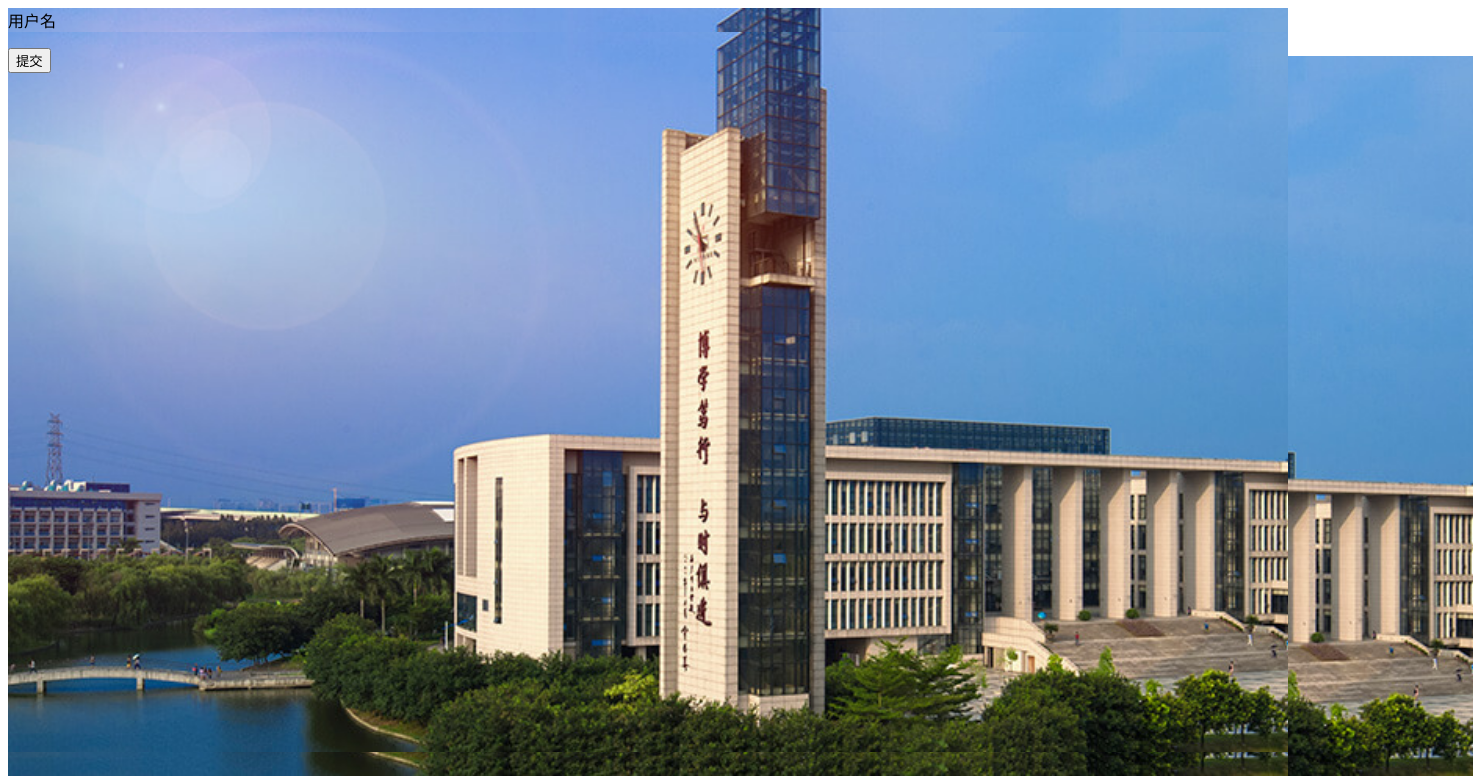
Repository: IAmJiangWenHao/ReportServer
Page: demo.html
An editor plug-in stored every save of this project. The page is shown before and after the next save, followed by the edit.
The browser window is 1280 px wide. The page is 1473 px wide, then 1288 px, so the pictures cover 1473 px, including what lies to the right of the window. The pictures show the whole page.

Above is the page before, as saved 2023-05-16 12:32:14.

### demo.html

<!DOCTYPE html>
<html>
  <head>
    <meta http-equiv="Content-Type" content="text/html; charset=UTF-8">
    <title>忘记密码</title>
  </head>
  <body>
    <style>
          div {
      height: 100%;
      width: 100%;
      position: absolute;
      background-image: url('./web/img/gzdx-bg.jpg');
      background-size: cover;
      background-position: center;

    }

    form {
      height: 100%;
    }

    table {
      height: 100%;
      display: flex;
      justify-content: center;
      align-items: center;
    }

    table tbody tr {
      border: 1px solid black;
      margin-bottom: 2px;
      display: flex;
      border-radius: 20px;
      width: auto;
      height: auto;
      padding: 10px;
      font-size: 26px;
      background-color: #fff;
      position: relative;
      justify-content: space-between
    }
    table tbody tr td a{
      color: #000;
      text-decoration:none;
    }
    table tbody tr td input{
      border: 0;
      background-color: #fff;
    }
    </style>

    <div>
      <form action="forgetPass.do" method="post" name="form1" onSubmit="return Check()">

        <div>用户名 <div id="old"><input type="text" name="username" ></div>
        <div>预留的邮箱 <div id="email"><input type="text" name="email" onblur=isEmail(this.value)> <input type="button" id="button" value="获取验证码"></div></div>
        <div>验证码<div id="emailcode"><input type="text" name="emailCheckcode"  placeholder="输入邮箱中收到的验证码"/></div></div>
        <div>新密码 <div id="new"><input type="password" id="idnewpass" name="newpass" ><div id="info_newpass" style="color: #ff0000;display:inline;"></div></div></div>
        <div>确认新密码 <div id="comfirm"><input type="password" id="idconfirmpass" name="confirmpass"></div></div>
        <div><input type="hidden" name="index" value="${index}"/></div>
        <div><p><input type="submit" id="submit" value="提交"></div>
      </form>
    </div>
    <script>
      //const newpass = document.getElementsByTagName("input")[1];
      const email = document.getElementsByTagName("input")[1];
      function isEmail(strEmail) {
        if (strEmail.search(/^\w+((-\w+)|(\.\w+))*\@[A-Za-z0-9]+((\.|-)[A-Za-z0-9]+)*\.[A-Za-z0-9]+$/) != -1)
          return true;
        else
          alert(email.value + "邮箱格式错误");
      }
      function getAppPath() {
        //获取当前URL
        var curURL = window.document.location.href;
        //获取主机地址之后的路径部分（就是文件地址）
        var pathName = window.document.location.pathname;
        var pos = curURL.indexOf(pathName);
        //获取应用地址
        var host = curURL.substring(0, pos);
        //获取带"/"的应用名，如：/***
        var webAppName = pathName.substring(0, pathName.substr(1).indexOf('/') + 1);
        return host + webAppName;
      }
      //获取button
      const btn = document.getElementById("button");
      //const result=document.getElementById("result");
      //绑定按钮的 click 事件
      btn.onclick = function () {
        if (!isEmail(email.value))
          return false;
        btn.disabled = true;//禁用按钮
        setBTN();
        //1.创建请求对象
        const xhr = new XMLHttpRequest();
        //2.设置请求方法和URL
        xhr.open("post", getAppPath() + "/EmailCheckcodeServlet?email=" + email.value, true);
        //3.发送
        xhr.send();
        //4. 绑定事件 处理服务端返回的结果
        //readystate 是xhr的一个属性，状态 0 1 2 3 4
        xhr.onreadystatechange = function () {
          // 如果服务器端返回了所有的结果
          if (xhr.readyState === 4) {
            //判断响应码 2XX 表示成功
            if (xhr.status >= 200 && xhr.status <= 300) {
              //处理结果
              console.log(xhr.status);//状态码
              console.log(xhr.statusText);//状态字符串
              console.log(xhr.getAllResponseHeaders());//响应头
              console.log(xhr.response);//响应体
              //设置 result 显示的文本内容
              //result.innerHTML=xhr.response;
            } else {
            }
          }
        };
      };
      //修改按钮，控制验证码重新获取
      var time0 = 20;
      var time = time0;
      var t;  // 验证按钮的20s计时
      //修改按钮，控制验证码重新获取
      function changeBTN() {
        if (time > 0) {
          btn.value = "(" + time + "s)" + "重新获取";
          time = time - 1;
        } else {
          btn.disabled = false;
          btn.value = "获取验证码";
          clearInterval(t);
          time = time0;
        }
      }
      function setBTN() {
        btn.value = "(" + time + "s)" + "重新获取";
        time = time - 1;
        t = setInterval("changeBTN()", 1000);  // 1s调用一次
      }

    </script>

    <script>
      const info_newpass = document.getElementById("info_newpass");
      const info_confirm = document.getElementById("info_confirm");
      const newpass = document.getElementById("idnewpass");
      const confirmpass = document.getElementById("idconfirmpass");
      newpass.onfocus = function () {
        info_newpass.innerHTML = "长度6-8位";
      }
      confirmpass.onchange = function () {
        if (confirmpass.value == newpass.value && newpass.value.length >= 4)
          info_confirm.innerHTML = "ok";
        else
        {
          info_confirm.innerHTML = "输入不匹配";
          confirmpass.focus();
        }
      }
      function Check()
      {
        for (var i = 0; i < document.form1.elements.length - 1; i++)
        {
          if (document.form1.elements[i].value == "")
          {
            alert("不允许空！");
            document.form1.elements[i].focus();
            return false;
          }
        }
        if (newpass.value.length < 6)
        {
          alert("密码长度不足！");
          document.getElementsByTagName("input")[1].focus();
          return false;
        }
       // alert(confirmpass.value)
        if (confirmpass.value != newpass.value)
        {
          alert("两次输入不匹配！");
          document.getElementsByTagName("input")[2].focus();
          return false;
        }
        return true;
      }
    </script>
  </body>
</html>

After the next save:
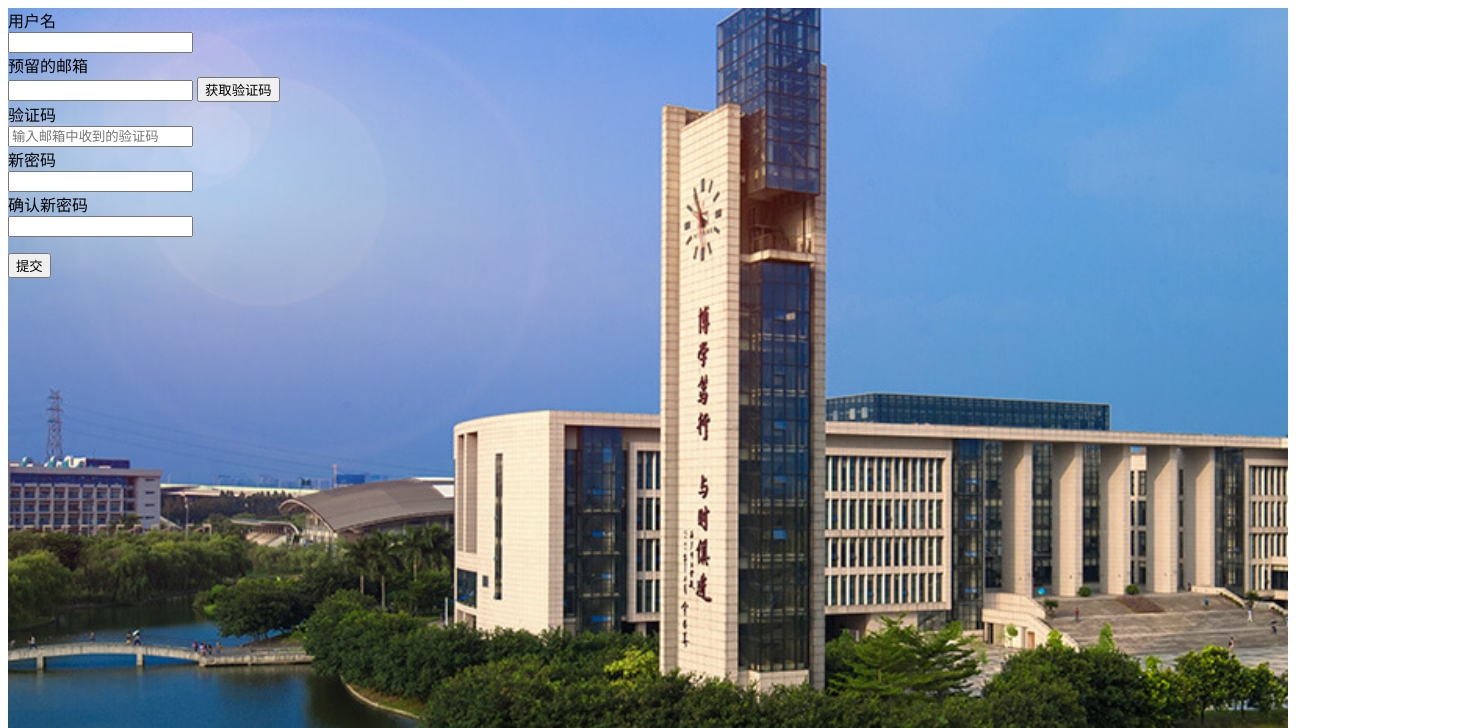
Saved 73 s later.
--- a/demo.html
+++ b/demo.html
@@ -7,7 +7,7 @@
   </head>
   <body>
     <style>
-          div {
+          .mybody {
       height: 100%;
       width: 100%;
       position: absolute;
@@ -51,7 +51,7 @@
     }
     </style>
 
-    <div>
+    <div class="mybody">
       <form action="forgetPass.do" method="post" name="form1" onSubmit="return Check()">
 
         <div>用户名 <div id="old"><input type="text" name="username" ></div>
